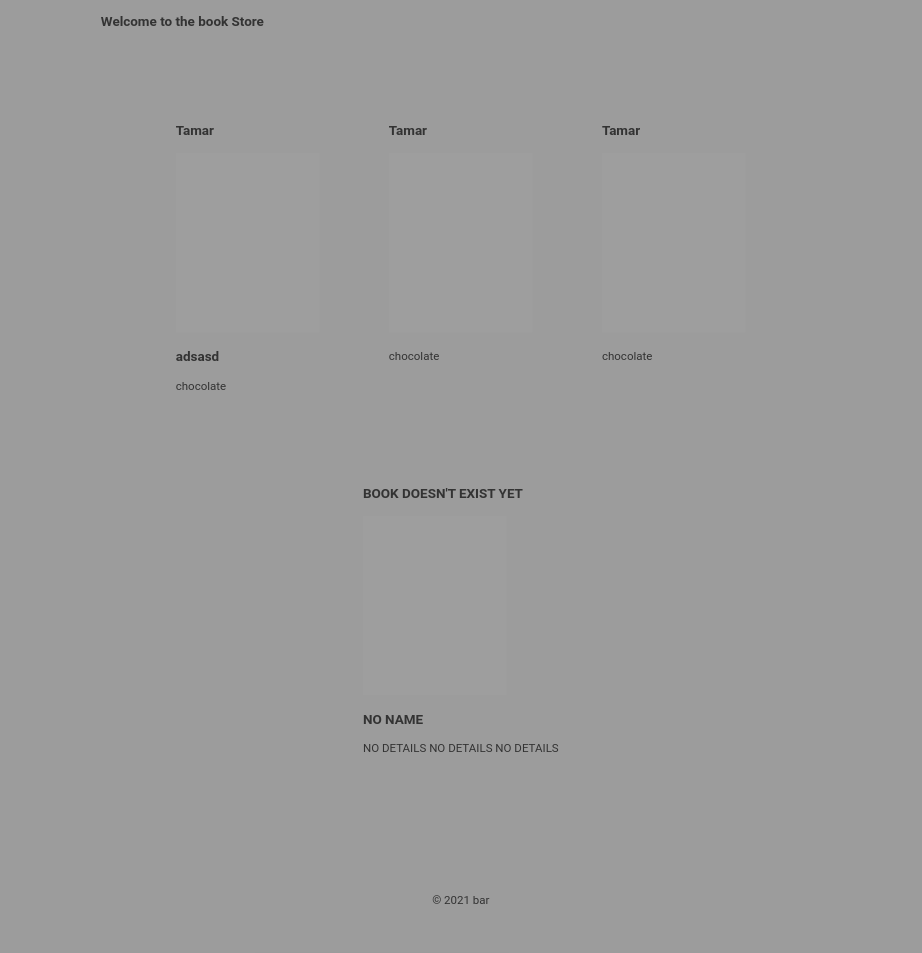
Repository: Axe33ile/React_JS
Page: / (app in book/)
An editor plug-in stored every save of this project. The page is shown before and after the next save, followed by the edit.
The browser window is 1280 px wide. The pictures show the whole page, at 72% of full size.
Pictures or frames that could not be fetched are drawn as grey boxes. The project was rebuilt for these pictures with package versions that can differ from the ones it lists, and the page was loaded fresh each time.

Above is the page before, as saved 2021-04-24 00:26:39.

After the next save:
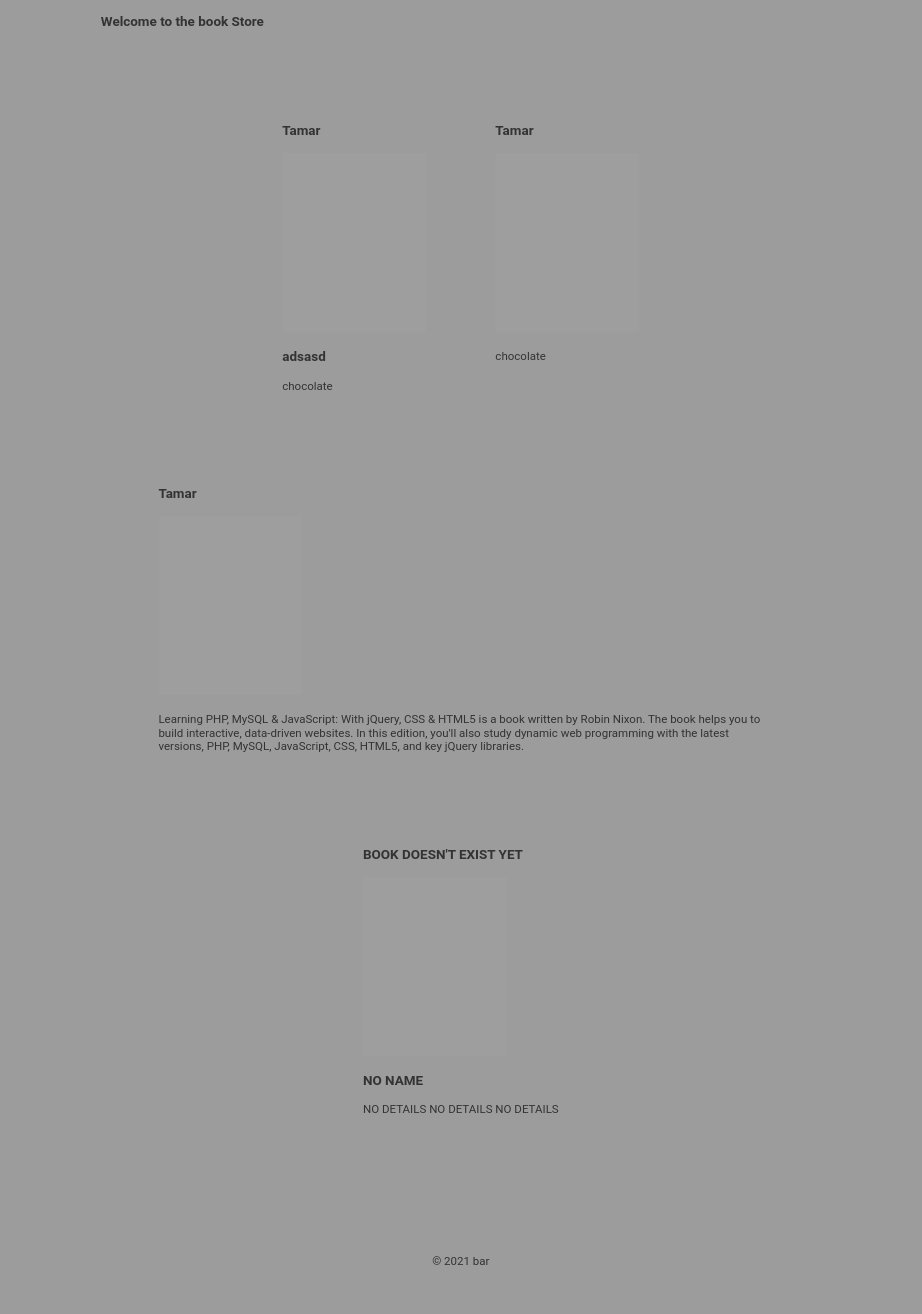
Saved 33 s later.
--- a/book/src/components/main/Main.js
+++ b/book/src/components/main/Main.js
@@ -39,11 +39,12 @@ const Main = () => {
             bookTitle: "Tamar",
             imgSrc: "http://i.pravatar.cc/200?img=1",
             alt: "book",
-            bookDetails: "chocolate",
+            bookDetails:
+              "Learning PHP, MySQL & JavaScript: With jQuery, CSS & HTML5 is a book written by Robin Nixon. The book helps you to build interactive, data-driven websites. In this edition, you'll also study dynamic web programming with the latest versions, PHP, MySQL, JavaScript, CSS, HTML5, and key jQuery libraries.",
           }}
         />
 
-        <Book/>
+        <Book />
       </div>
     </article>
   );
